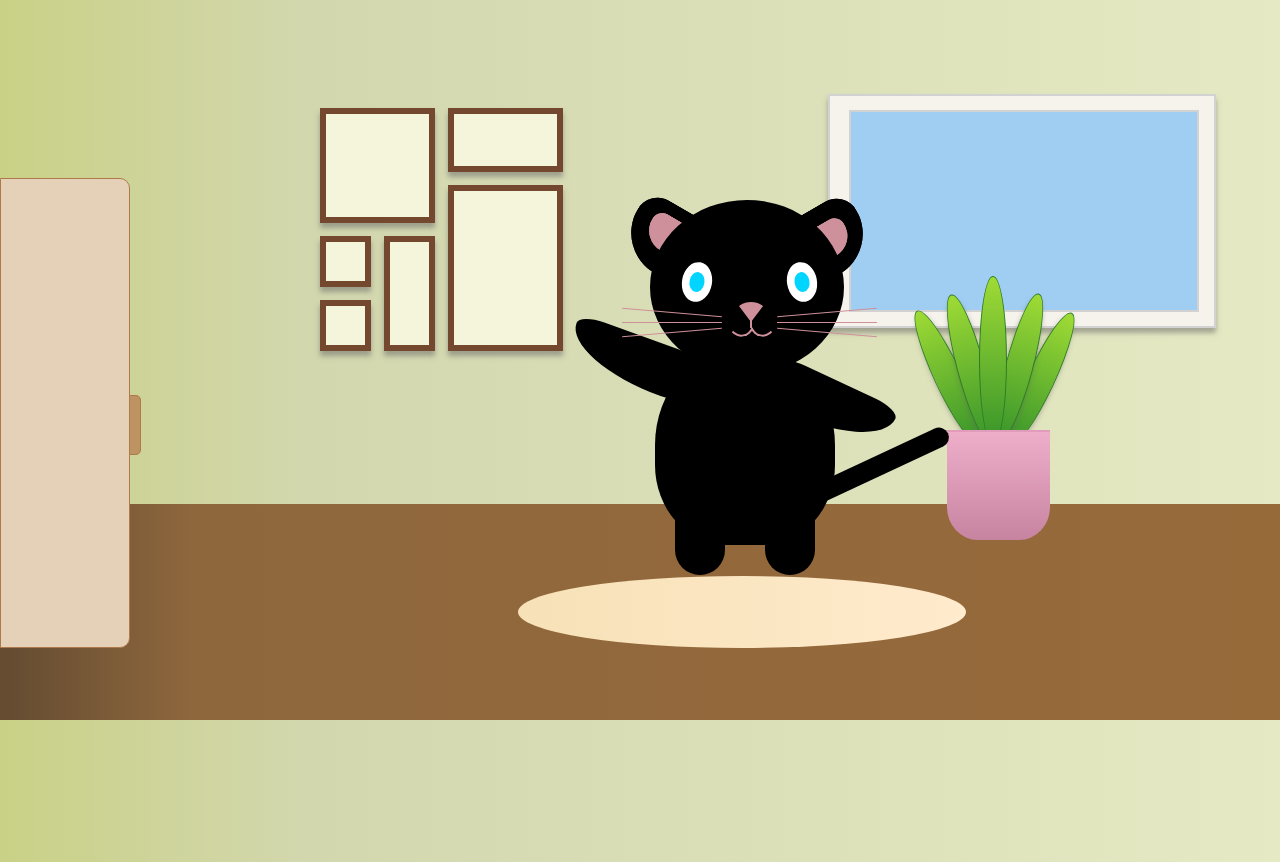
Repository: SandyLy453/COMP-2170-team-project
Page: index.html
An editor plug-in stored every save of this project. The page is shown before and after the next save, followed by the edit.
The browser window is 1280 px wide. The pictures show the whole page.

Above is the page before, as saved 2024-05-03 14:23:21.

After the next save:
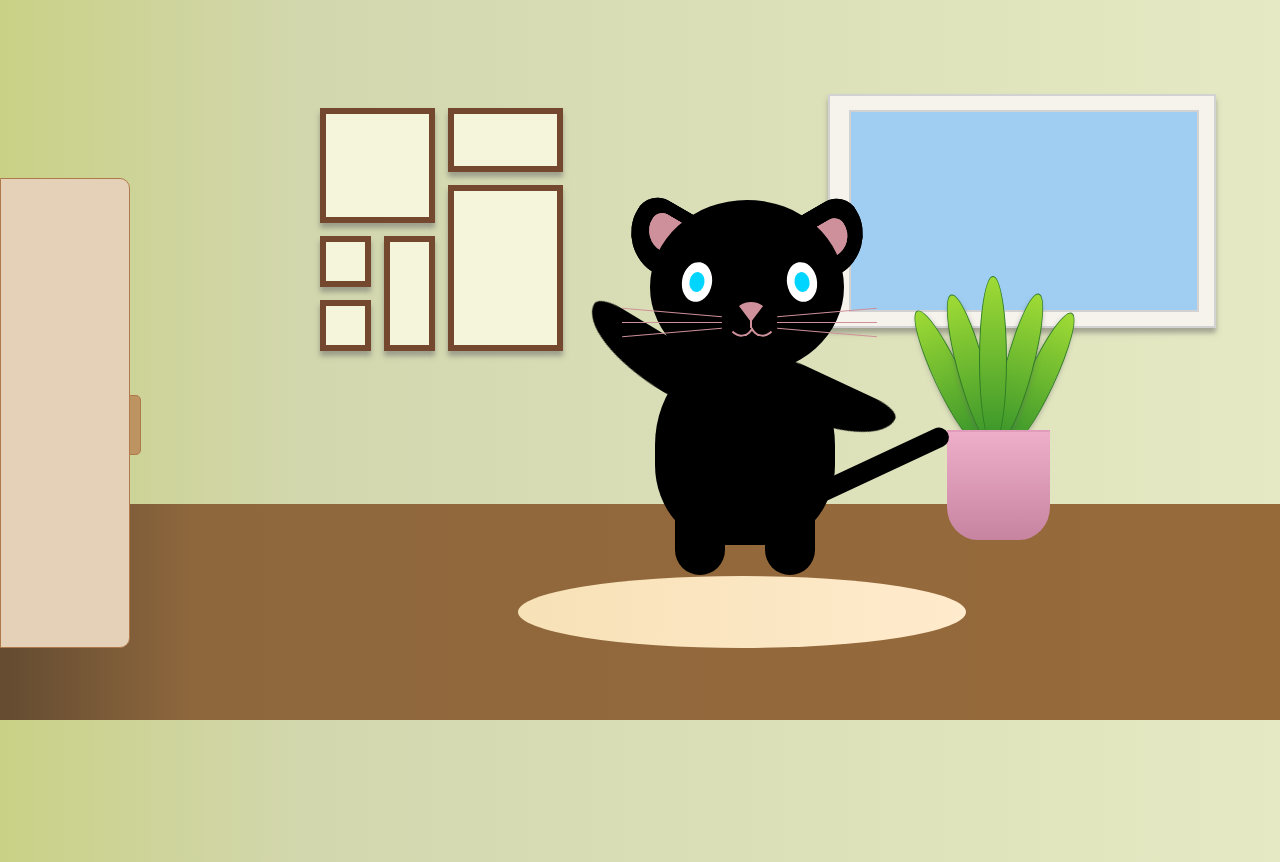
Saved 50 s later.
--- a/styles.css
+++ b/styles.css
@@ -543,6 +543,7 @@ body {
     left: 30px;
     transform-origin: top left;
     transform: rotate(110deg) scaleX(-1);
+    animation: 3s linear infinite wave;
 }
 
 .right-arm {
@@ -583,3 +584,18 @@ body {
     left: 150px;
     transform: rotate(-25deg);
 }
+
+@keyframes wave {
+    10% {
+      transform: rotate(110deg) scaleX(-1);
+    }
+    20% {
+      transform: rotate(130deg) scaleX(-1);
+    }
+    30% {
+      transform: rotate(110deg) scaleX(-1);
+    }
+    40% {
+      transform: rotate(130deg) scaleX(-1);
+    }
+  }
